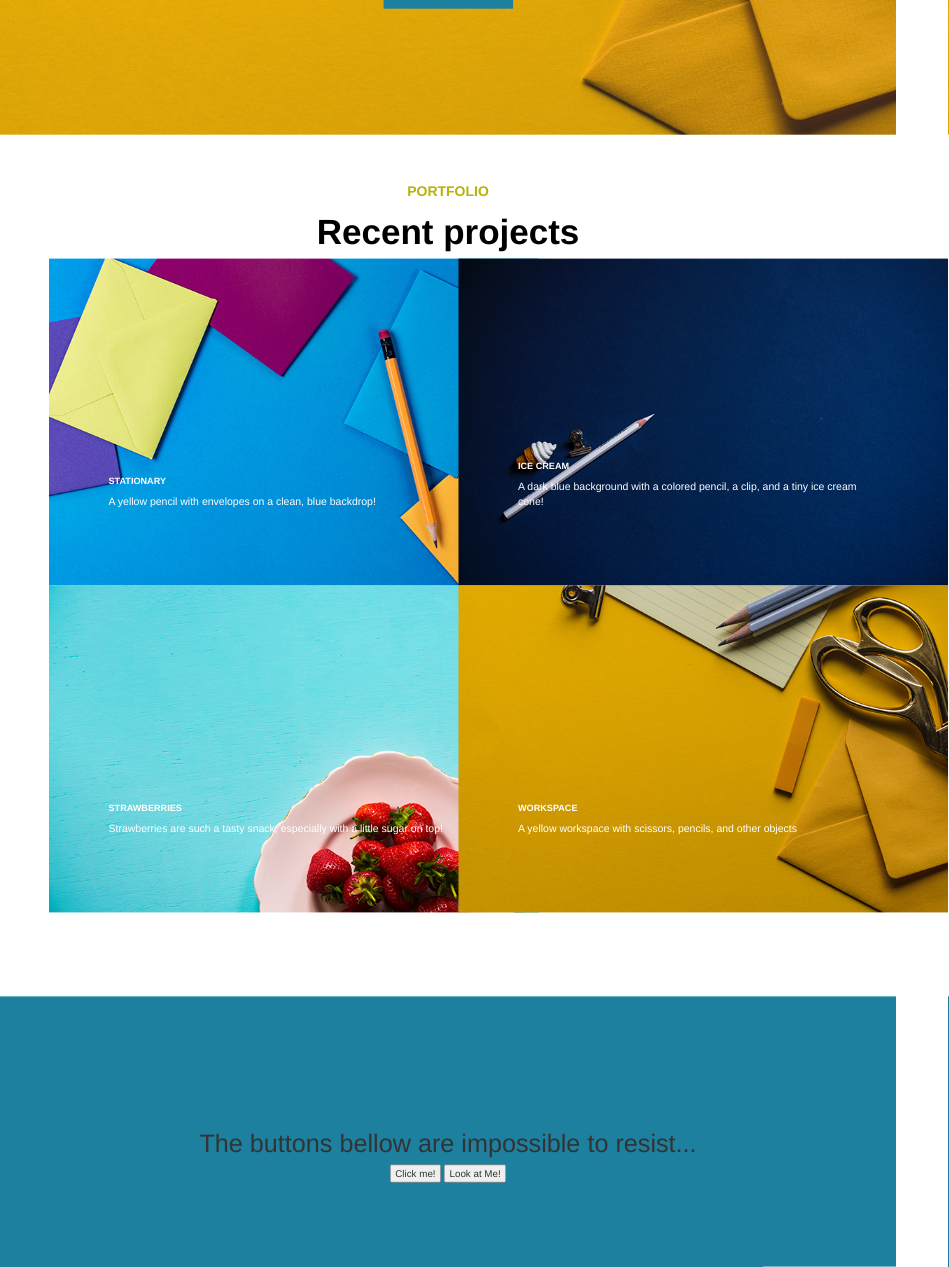
Repository: codin-full-stack/tomasz
Page: http://localhost/tomasz/portfolio/index.php
These files come from the project's save history. The page is drawn as it stood at one moment and after the next save; the edit follows.
The browser window is 1280 px wide. The page is 1355 px wide, so the pictures cover 1355 px, including what lies to the right of the window. The pictures show the part of the page from y = 2238 to 4078 px (the page is 4048 px tall before and 4078 px after), at 70% of full size.
Some web libraries are served in a nearby version. The page is run by PHP 8.4 with error messages shown; the project is at /var/www/html/.

Above is the page before, as saved 2018-10-23 09:27:37.

After the next save:
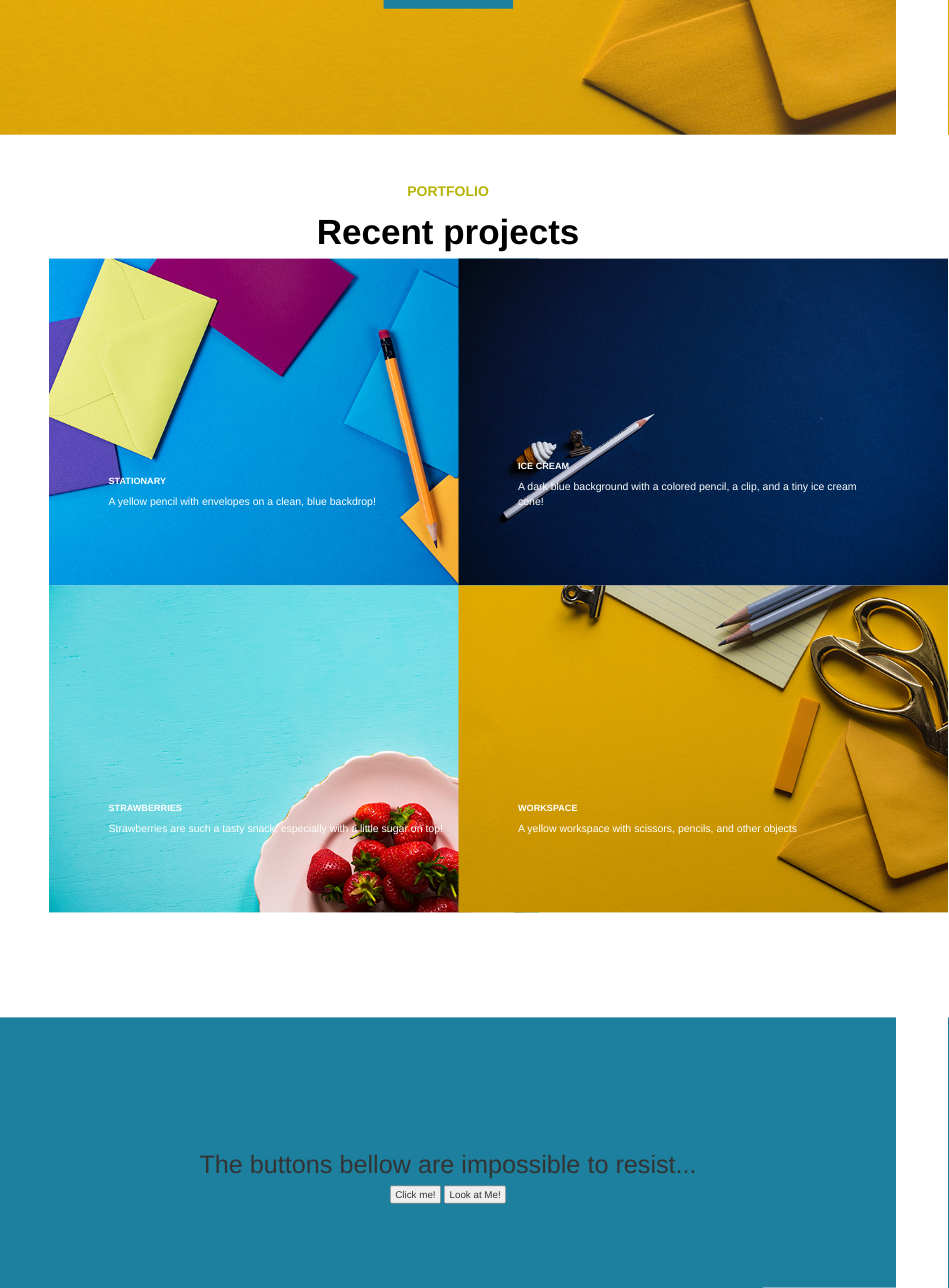
Saved 6 s later.
--- a/portfolio/styles.css
+++ b/portfolio/styles.css
@@ -31,7 +31,7 @@ body {
     background-size: cover;
 }
 .fifth {
-    padding-bottom: 120px;
+    padding-bottom: 150px;
 
 }
 .seventh {
